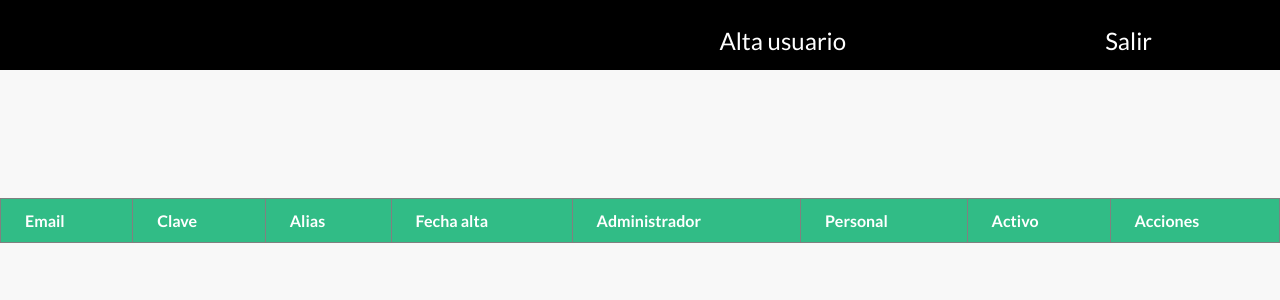
Repository: Mariangeles94/practica_gestion_usuarios
Page: http://localhost/Gestion/administrador/index.php
The author's editor kept a record of every edit. The page is drawn from the files as they stood at one moment, then again after the next edit.
The browser window is 1280 px wide. The pictures show the whole page.
The page is run by PHP 8.4 with error messages shown; the project is at /var/www/html/. Queries for data that is not in the repository find no rows.

Above is the page before.

After the next edit:
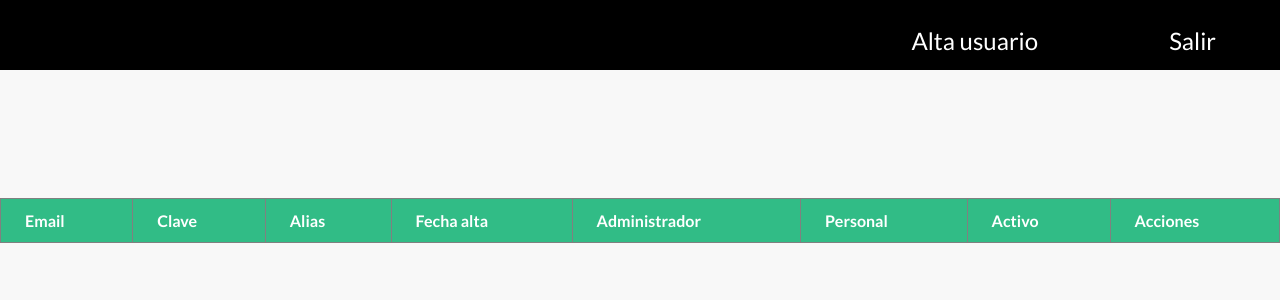
The edit:
--- a/css/demo.css
+++ b/css/demo.css
@@ -23,8 +23,8 @@
 header nav a{
     text-decoration: none;
     color: white;
-    width: 20%;
-    padding: 10%;
+    width: 5%;
+    padding: 5%;
     margin-top: 5%;
     font-size: 1.5em;
 }
